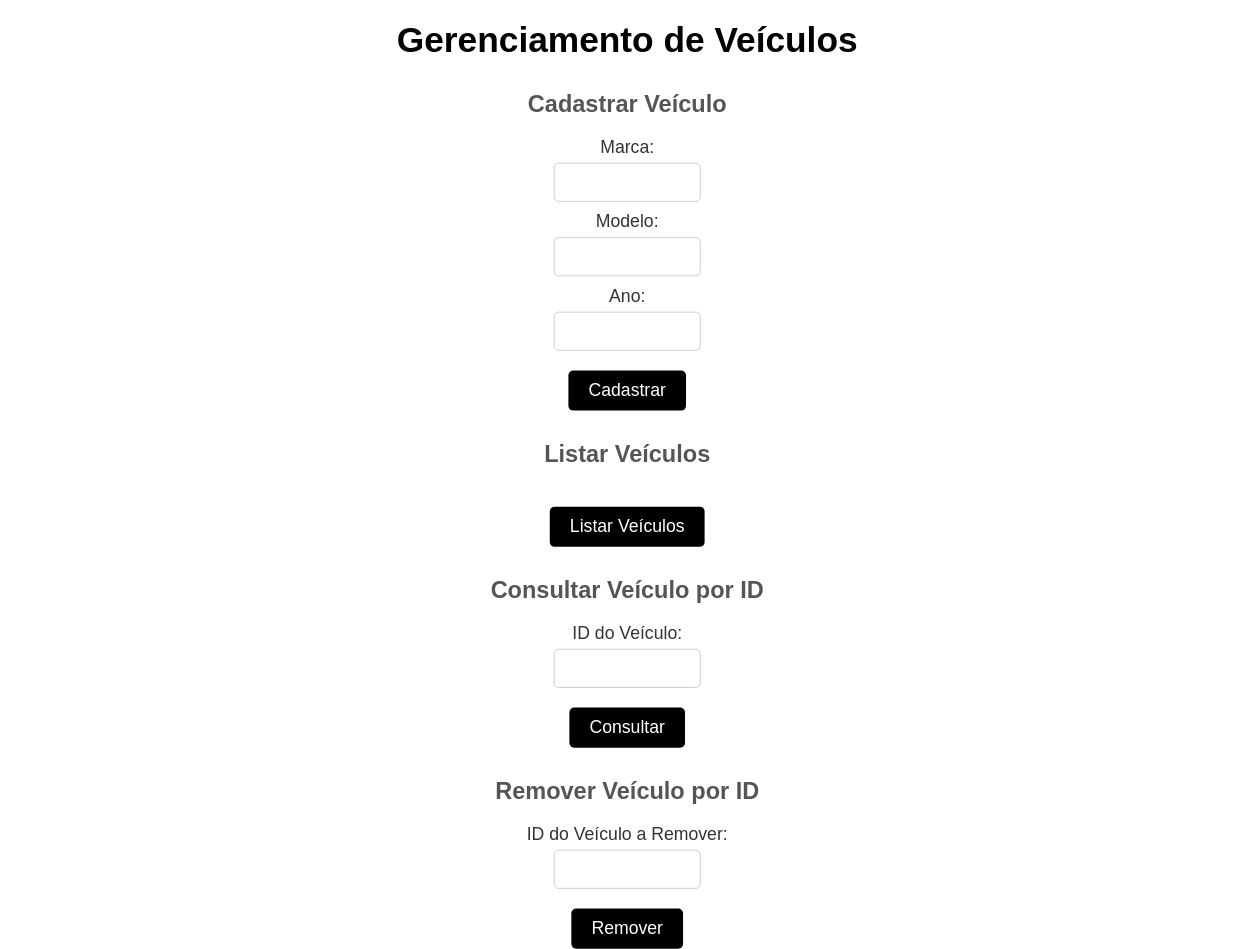
Repository: joaomadeira1208/Exercicio3
Page: veiculos/src/main/resources/index.html
These files come from the project's save history. The page is drawn as it stood at one moment and after the next save; the edit follows.
The browser window is 1280 px wide. The pictures show the whole page, at 98% of full size.

Above is the page before, as saved 2023-09-14 22:02:54.

### veiculos/src/main/resources/index.html
<!DOCTYPE html>
<html>
<head>
    <title>Gerenciamento de Veículos</title>
    <style>
       /* Estilo para o corpo da página */
body {
    font-family: Arial, sans-serif;
    background-color: white;
    margin: 0;
    padding: 0;
    text-align: center;
}

/* Estilo para o cabeçalho (h1) */
h1 {
    font-size: 36px;
    color: black;
    margin-top: 20px;
}

/* Estilo para os subtítulos (h2) */
h2 {
    font-size: 24px;
    color: #555;
    margin-top: 30px;
}

/* Estilo para os rótulos dos campos de entrada */
label {
    font-size: 18px;
    color: #333;
    display: block;
    margin-top: 10px;
}

/* Estilo para os campos de entrada de texto */
input[type="text"],
input[type="number"] {
    width: 10%;
    padding: 10px;
    font-size: 16px;
    border: 1px solid #ccc;
    border-radius: 5px;
    margin-top: 5px;
}

/* Estilo para o botão */
input[type="submit"],
button {
    background-color: black;
    color: white;
    font-size: 18px;
    padding: 10px 20px;
    border: none;
    border-radius: 5px;
    cursor: pointer;
    margin-top: 20px;
}

/* Estilo para o botão quando o mouse passa por cima */
input[type="submit"]:hover,
button:hover {
    background-color: green;
}


    </style>
</head>
<body>
    <h1>Gerenciamento de Veículos</h1>

    <!-- Formulário para cadastrar um veículo -->
    <h2>Cadastrar Veículo</h2>
    <form action="/cadastrar-veiculo" method="post">
        <label for="marca">Marca:</label>
        <input type="text" id="marca" name="marca" required><br>

        <label for="modelo">Modelo:</label>
        <input type="text" id="modelo" name="modelo" required><br>

        <label for="ano">Ano:</label>
        <input type="number" id="ano" name="ano" required><br>

        <input type="submit" value="Cadastrar">
    </form>

    <!-- Botão para listar veículos -->
    <h2>Listar Veículos</h2>
    <button onclick="listarVeiculos()">Listar Veículos</button>

    <!-- Formulário para consultar um veículo por ID -->
    <h2>Consultar Veículo por ID</h2>
    <form action="/consultar-veiculo" method="get">
        <label for="id-veiculo">ID do Veículo:</label>
        <input type="number" id="id-veiculo" name="id-veiculo" required><br>

        <input type="submit" value="Consultar">
    </form>

    <!-- Formulário para remover um veículo por ID -->
    <h2>Remover Veículo por ID</h2>
    <form action="/remover-veiculo" method="post">
        <label for="id-veiculo-remover">ID do Veículo a Remover:</label>
        <input type="number" id="id-veiculo-remover" name="id-veiculo-remover" required><br>

        <input type="submit" value="Remover">
    </form>

    <script>
        function listarVeiculos() {
            // Você pode adicionar aqui a lógica para listar veículos na página
        }
    </script>
</body>
</html>

After the next save:
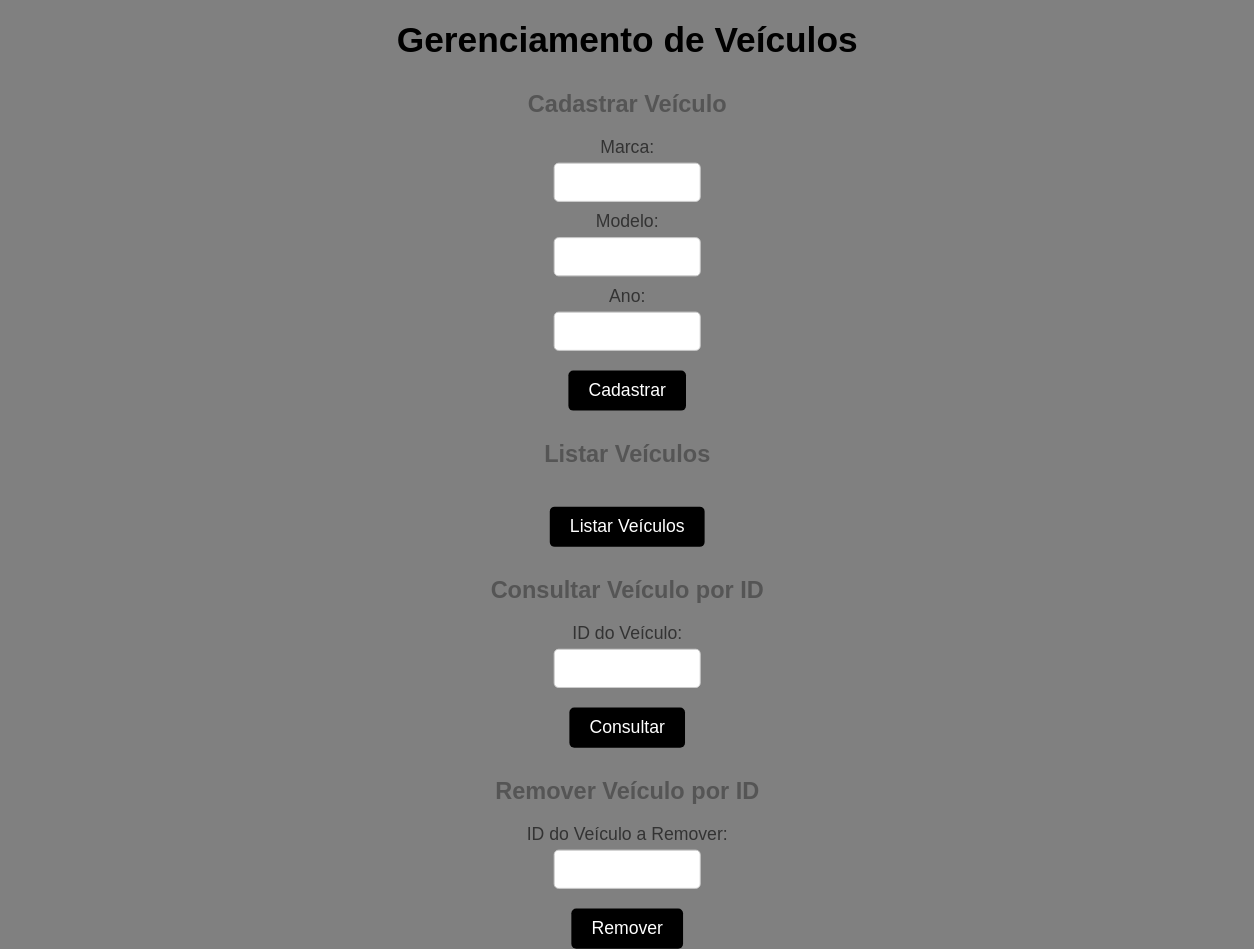
Saved 37 s later.
--- a/veiculos/src/main/resources/index.html
+++ b/veiculos/src/main/resources/index.html
@@ -6,7 +6,7 @@
        /* Estilo para o corpo da página */
 body {
     font-family: Arial, sans-serif;
-    background-color: white;
+    background-color: gray;
     margin: 0;
     padding: 0;
     text-align: center;
